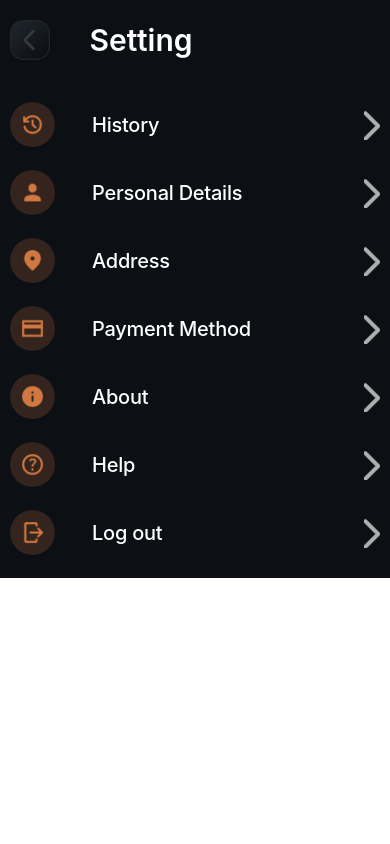
Repository: nguoilaisaochoi/App-coffe
Screen: /
An editor plug-in stored every save of this project. The screen is shown before and after the next save, followed by the edit.
The app was drawn by React Native's web renderer in a window 390 px wide. The project was rebuilt for these pictures with package versions that can differ from the ones it lists, and the page was loaded fresh each time.

Above is the screen before, as saved 2024-01-13 09:13:24.

After the next save:
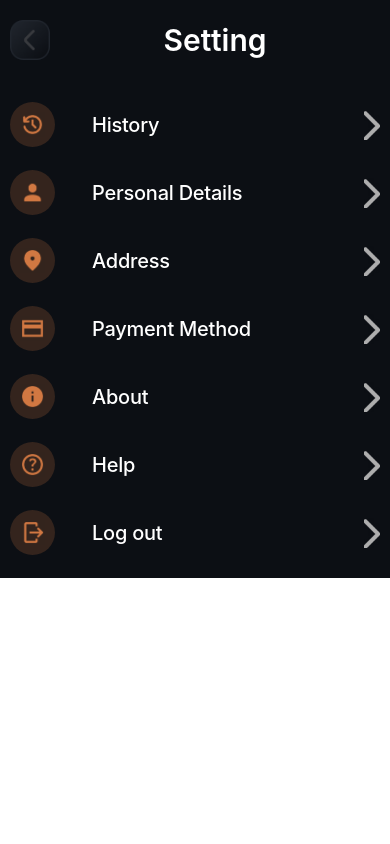
Saved 9 s later.
--- a/src/Setting.js
+++ b/src/Setting.js
@@ -141,7 +141,7 @@
     fontStyle: 'normal',
     fontWeight: '600',
     lineHeight: 36,
-    right:'20%',
+    right:'0%',
   },
   setting: {
     display: 'flex',

After the 2 saves that followed:
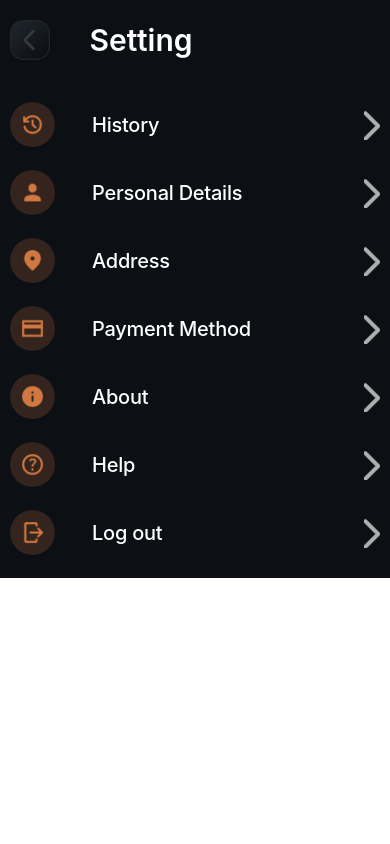
The 2 saves are shown as one change because they came seconds apart.
The last was saved 5 s later.
--- a/src/Setting.js
+++ b/src/Setting.js
@@ -141,7 +141,7 @@
     fontStyle: 'normal',
     fontWeight: '600',
     lineHeight: 36,
-    right:'0%',
+    right:'20%',
   },
   setting: {
     display: 'flex',
